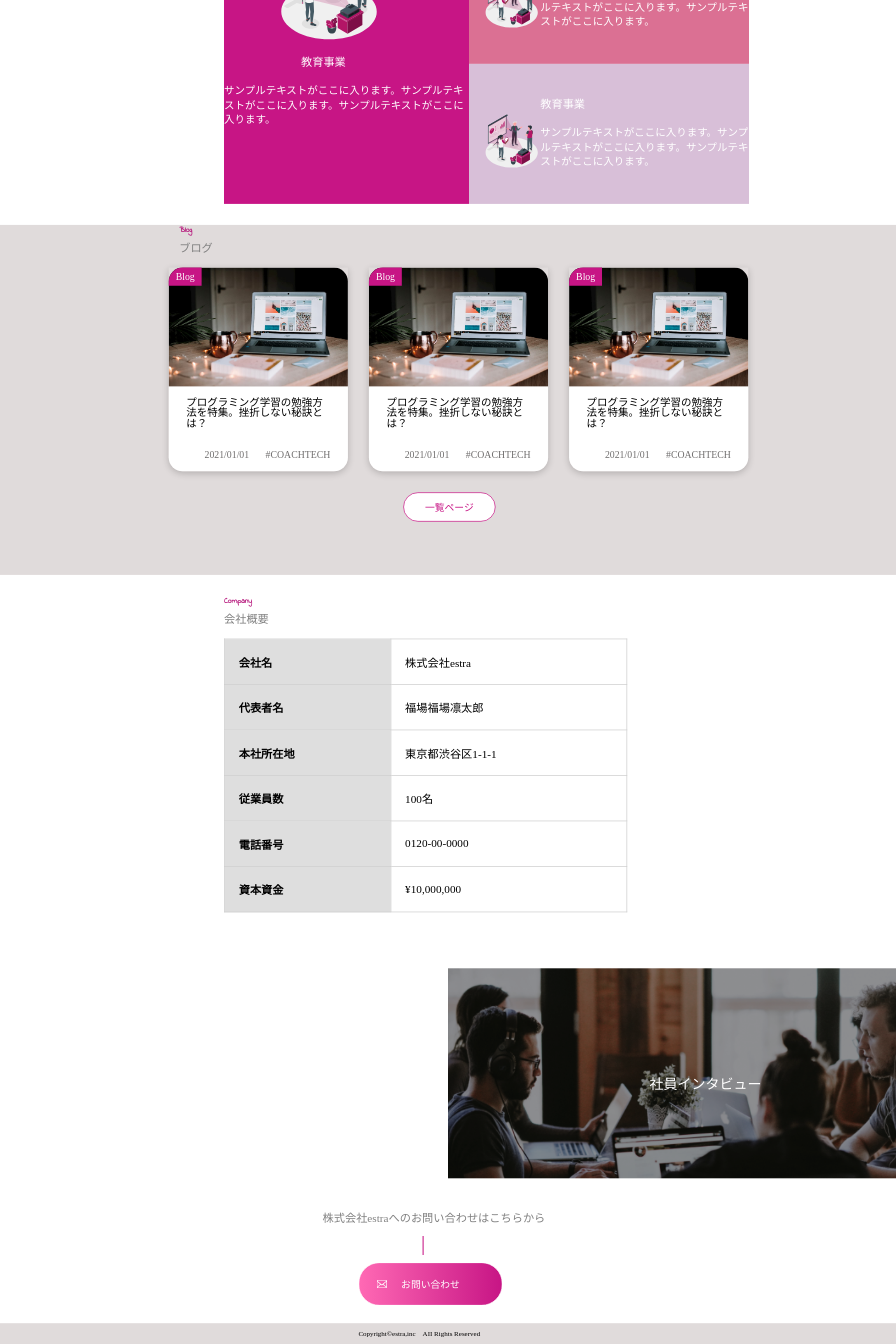
Repository: sigemasaasuka/20210902
Page: index.html
An editor plug-in stored every save of this project. The page is shown before and after a run of saves, followed by the edit.
The browser window is 1280 px wide. The pictures show the part of the page from y = 1396 to 3316 px (the page is 3316 px tall), at 70% of full size.

Above is the page before, as saved 2021-10-05 18:20:31.

After the next 2 saves:
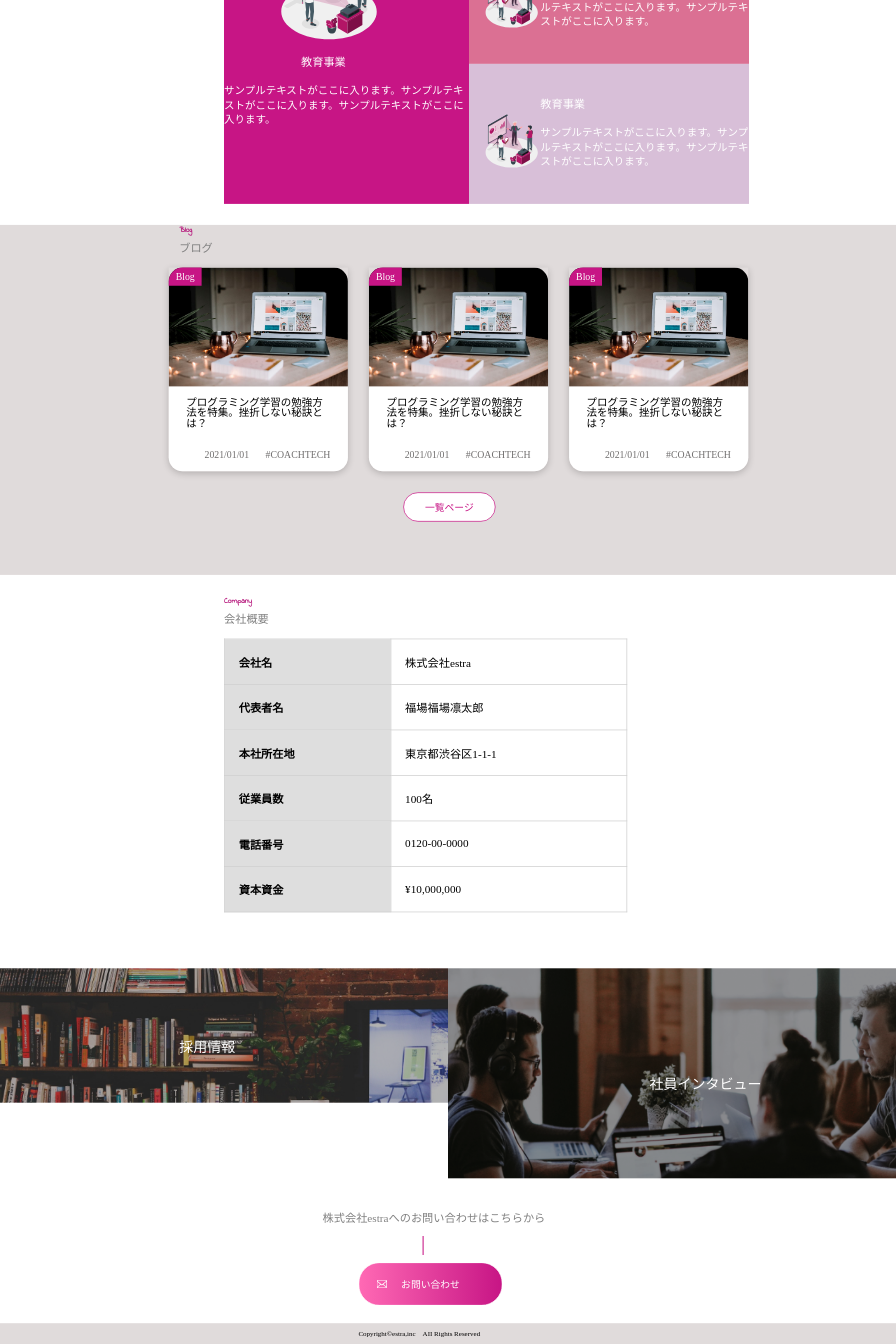
The 2 saves are shown as one change because they came seconds apart.
The last was saved 7 s later.
--- a/css/style.css
+++ b/css/style.css
@@ -391,6 +391,9 @@ table th {
 .recruit {
   position: relative;
   width: 100%;
+height: 0;
+padding-top: calc(300 / 1000 * 100%); /* calc(画像高さ ÷ 画像横幅 × 100%) */
+background: url(bg.jpg) center center / cover no-repeat;
 
   background: url(../img/img/recruit.png) no-repeat;
   margin-top: 30px;
